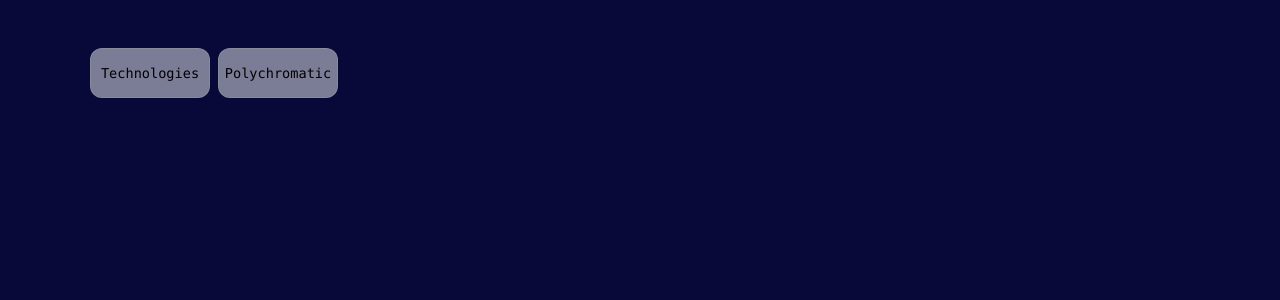
Repository: Baaam0/DCD_week7
Page: /
These files come from the project's save history. The page is drawn as it stood at one moment and after a run of saves; the edit follows.
The browser window is 1280 px wide. The pictures show the whole page.
The page's requests for data from a server got no answer. Some web fonts or font styles are not loaded; a fallback is used. The project was rebuilt for these pictures with package versions that can differ from the ones it lists, and the page was loaded fresh each time. The framework's server and built-in components were replaced by stand-ins that run in the browser. No one was signed in, and anything a server would have sent is missing. Also part of the build but not shown: next.config.js.

Above is the page before, as saved 2023-02-18 02:02:32.

After the next 6 saves:
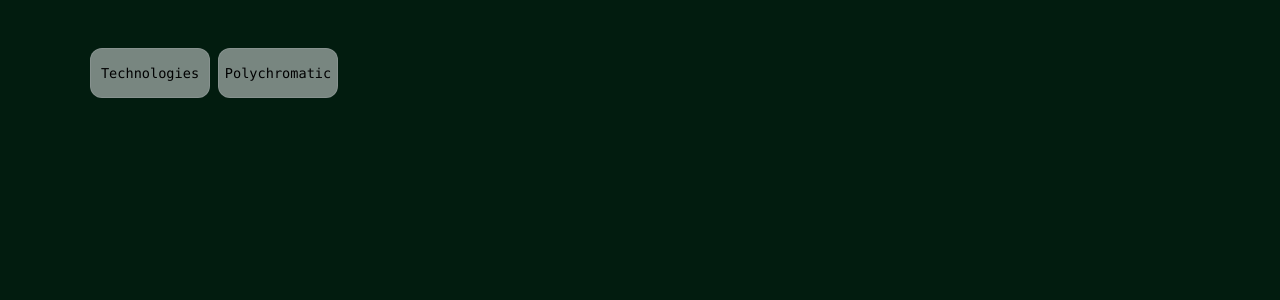
The 6 saves are shown as one change because they came seconds apart.
The last was saved 20 s later.
--- a/styles/Home.module.css
+++ b/styles/Home.module.css
@@ -8,7 +8,7 @@
   align-items: center;
   padding: 3rem;
   min-height: 100vh;
-  background-color: rgb(8, 8, 57)
+  background-color: rgb(2, 28, 15)
 }
 
 .description {
